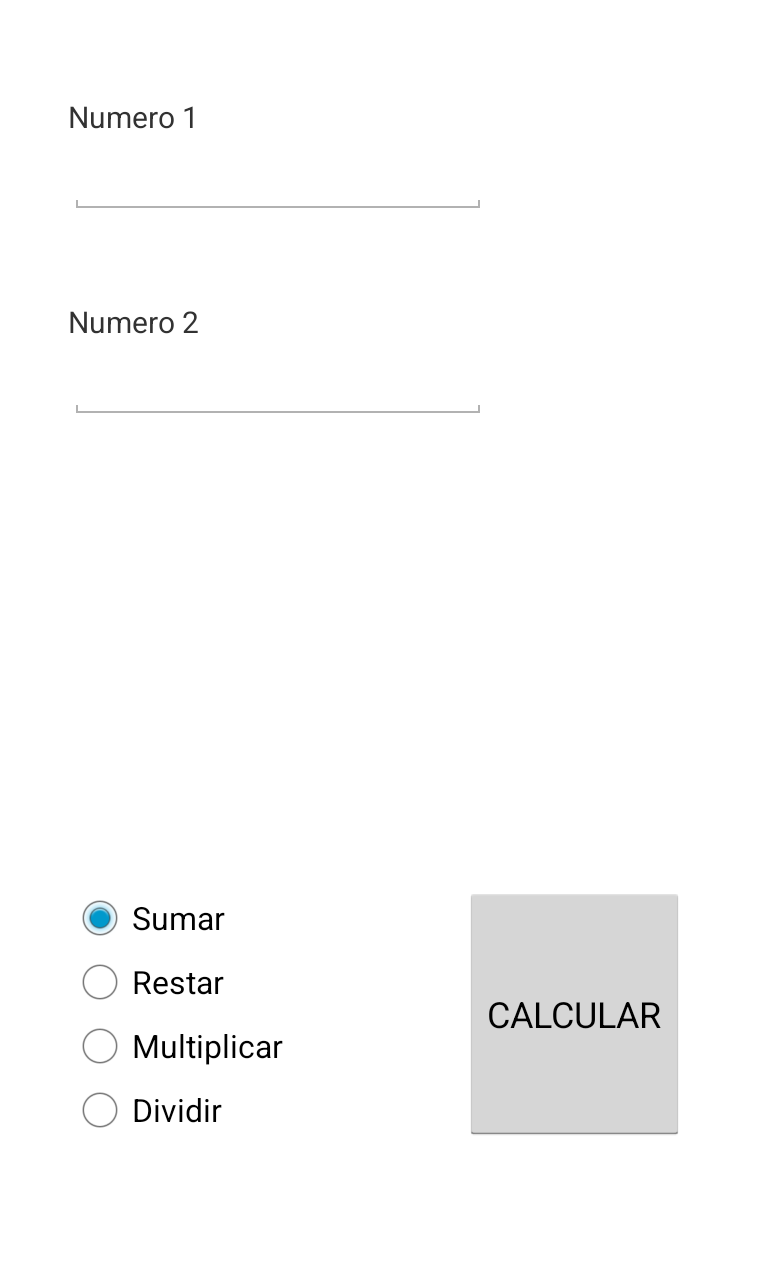
Repository: puntojar/Prueba_-1_Android
Layout: Calculadora/res/layout/activity_main.xml
These files come from the project's save history. The layout is drawn as it stood at one moment and after the next save; the edit follows.
It is drawn on a 768 x 1280 px phone screen (xhdpi) without system bars, with theme AppTheme; the app's code is not run.

Above is the layout before, as saved 2015-03-08 18:17:37.

### Calculadora/res/layout/activity_main.xml
<RelativeLayout xmlns:tools="http://schemas.android.com/tools"
    xmlns:android="http://schemas.android.com/apk/res/android"
    android:layout_width="match_parent"
    android:layout_height="match_parent"
    tools:context="${relativePackage}.${activityClass}" >

    <TextView
        android:id="@+id/textView1"
        android:layout_width="wrap_content"
        android:layout_height="wrap_content"
        android:layout_alignParentLeft="false"
        android:layout_alignParentTop="false"
        android:layout_marginLeft="34dp"
        android:layout_marginTop="48dp"
        android:text="Numero 1"
        android:textSize="15dp" />

    <TextView
        android:id="@+id/textView2"
        android:layout_width="wrap_content"
        android:layout_height="wrap_content"
        android:layout_alignLeft="@+id/textView1"
        android:layout_below="@+id/textView1"
        android:layout_marginTop="82dp"
        android:text="Numero 2"
        android:textSize="15dp" />

    <EditText
        android:id="@+id/editText2"
        android:layout_width="wrap_content"
        android:layout_height="wrap_content"
        android:layout_alignLeft="@+id/textView2"
        android:layout_below="@+id/textView2"
        android:ems="10" />

    <EditText
        android:id="@+id/editText1"
        android:layout_width="wrap_content"
        android:layout_height="wrap_content"
        android:layout_alignLeft="@+id/textView1"
        android:layout_below="@+id/textView1"
        android:ems="10" />

    <RadioGroup
        android:id="@+id/radioGroup1"
        android:layout_width="wrap_content"
        android:layout_height="wrap_content"
        android:layout_alignLeft="@+id/editText2"
        android:layout_alignParentBottom="true"
        android:layout_alignleft="false"
        android:layout_marginBottom="69dp" >

        <RadioButton
            android:id="@+id/radio0"
            android:layout_width="wrap_content"
            android:layout_height="wrap_content"
            android:checked="true"
            android:text="Sumar" />

        <RadioButton
            android:id="@+id/radioButton1"
            android:layout_width="wrap_content"
            android:layout_height="wrap_content"
            android:text="Restar" />

        <RadioButton
            android:id="@+id/radio1"
            android:layout_width="wrap_content"
            android:layout_height="wrap_content"
            android:text="Multiplicar" />

        <RadioButton
            android:id="@+id/radio2"
            android:layout_width="wrap_content"
            android:layout_height="wrap_content"
            android:text="Dividir" />
    </RadioGroup>

    <Button
        android:id="@+id/button1"
        style="@android:style/Animation"
        android:layout_width="wrap_content"
        android:layout_height="wrap_content"
        android:layout_alignBottom="@+id/radioGroup1"
        android:layout_alignParentRight="true"
        android:layout_alignTop="@+id/radioGroup1"
        android:layout_marginRight="41dp"
        android:text="CALCULAR" />

</RelativeLayout>

Loaded but not shown: Calculadora/res/values/styles.xml (common file); Calculadora/res/values-v11/styles.xml (common file); Calculadora/res/values-v14/styles.xml (common file)

After the next save:
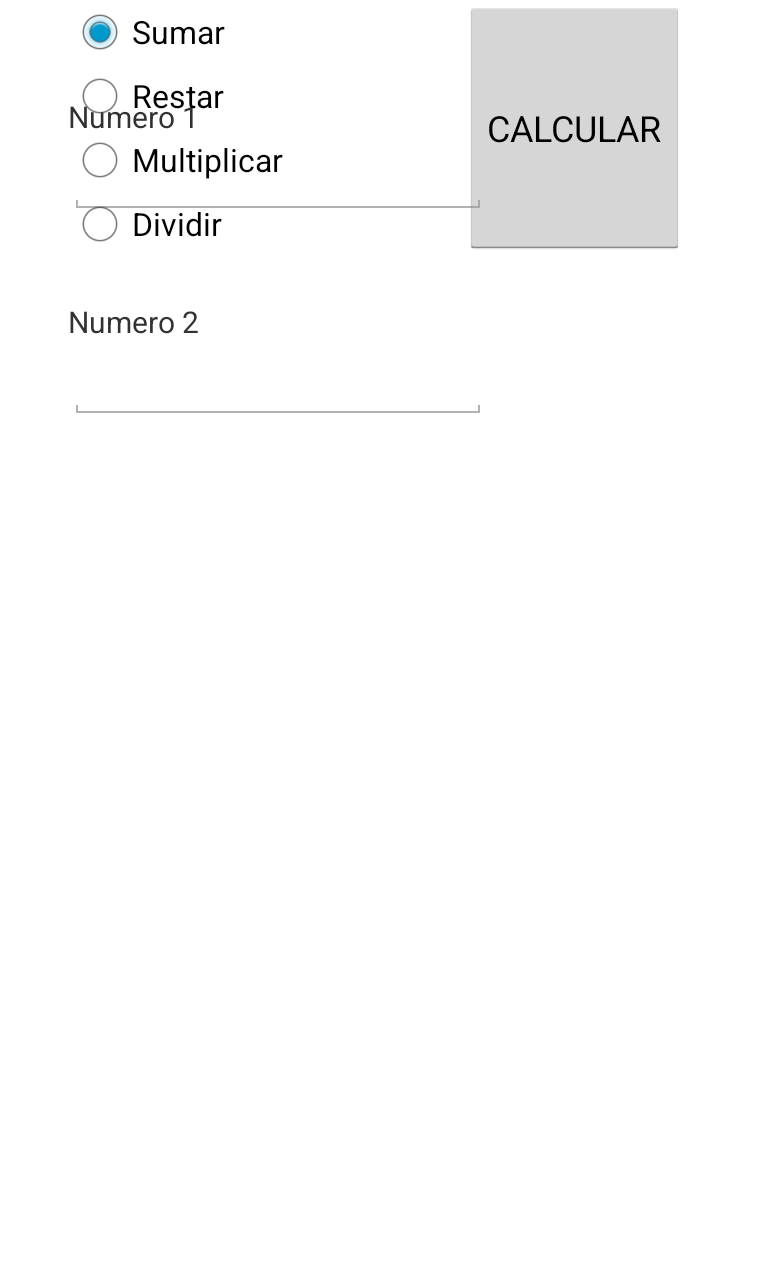
Saved 4 min 37 s later.
--- a/Calculadora/res/layout/activity_main.xml
+++ b/Calculadora/res/layout/activity_main.xml
@@ -31,7 +31,8 @@
         android:layout_height="wrap_content"
         android:layout_alignLeft="@+id/textView2"
         android:layout_below="@+id/textView2"
-        android:ems="10" />
+        android:ems="10"
+        android:inputType="number" />
 
     <EditText
         android:id="@+id/editText1"
@@ -39,14 +40,15 @@
         android:layout_height="wrap_content"
         android:layout_alignLeft="@+id/textView1"
         android:layout_below="@+id/textView1"
-        android:ems="10" />
+        android:ems="10"
+        android:inputType="number" />
 
     <RadioGroup
         android:id="@+id/radioGroup1"
         android:layout_width="wrap_content"
         android:layout_height="wrap_content"
         android:layout_alignLeft="@+id/editText2"
-        android:layout_alignParentBottom="true"
+        android:layout_alignParentBottom="false"
         android:layout_alignleft="false"
         android:layout_marginBottom="69dp" >
 

After the save that followed:
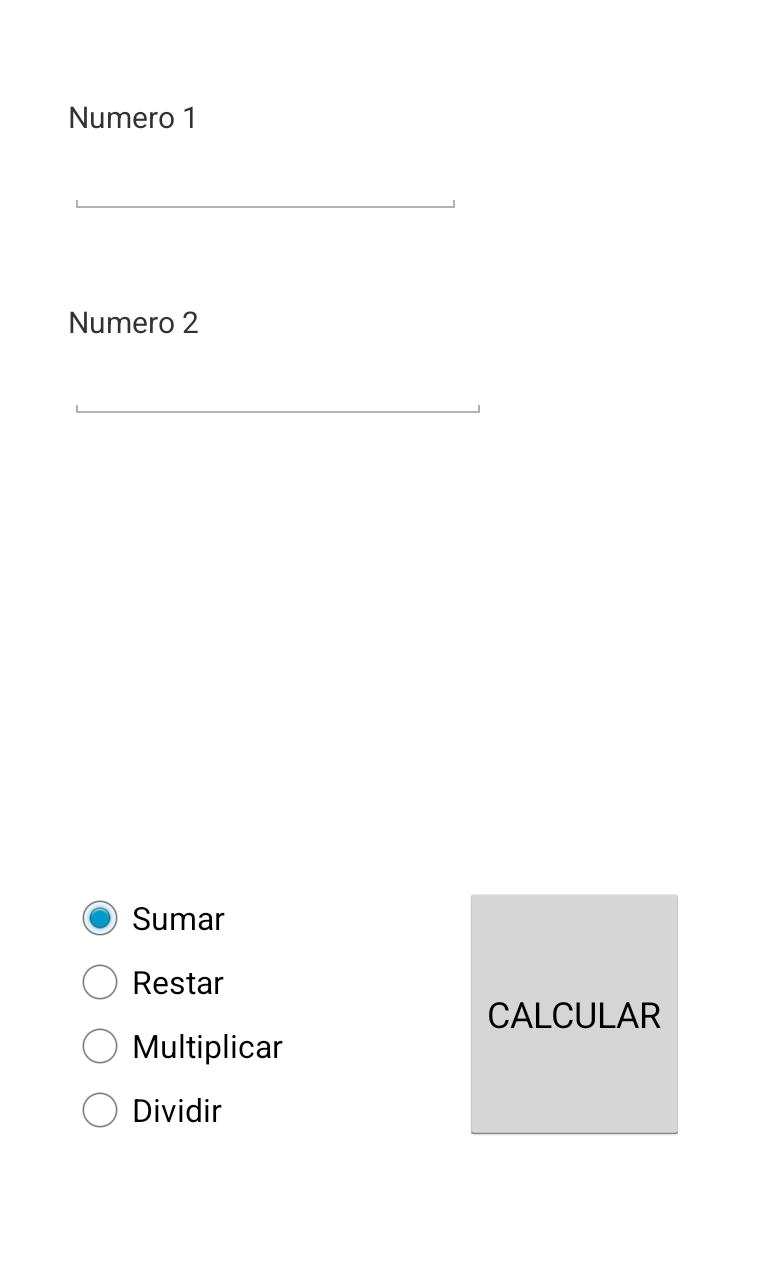
Saved 52 s later.
--- a/Calculadora/res/layout/activity_main.xml
+++ b/Calculadora/res/layout/activity_main.xml
@@ -40,6 +40,7 @@
         android:layout_height="wrap_content"
         android:layout_alignLeft="@+id/textView1"
         android:layout_below="@+id/textView1"
+        android:layout_toLeftOf="@+id/button1"
         android:ems="10"
         android:inputType="number" />
 
@@ -48,7 +49,7 @@
         android:layout_width="wrap_content"
         android:layout_height="wrap_content"
         android:layout_alignLeft="@+id/editText2"
-        android:layout_alignParentBottom="false"
+        android:layout_alignParentBottom="true"
         android:layout_alignleft="false"
         android:layout_marginBottom="69dp" >
 
